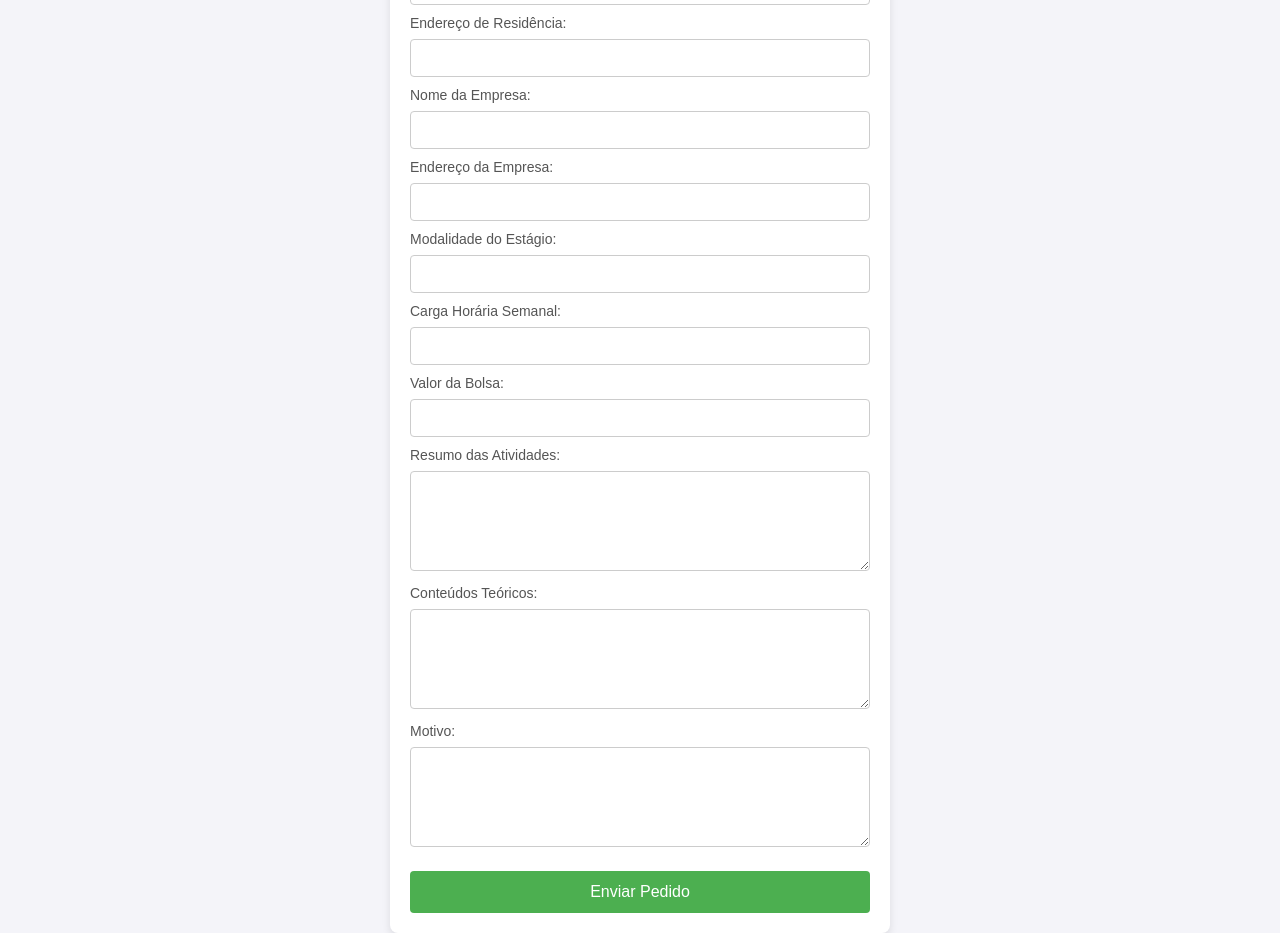
Repository: CronosUchoa/ArqSoft
Page: PedidoIntencaoNovoEstagioRTC-CS/src/main/webapp/index.html
An editor plug-in stored every save of this project. The page is shown before and after the next save, followed by the edit.
The browser window is 1280 px wide. The pictures show the whole page.

Above is the page before, as saved 2024-11-24 14:16:21.

After the next save:
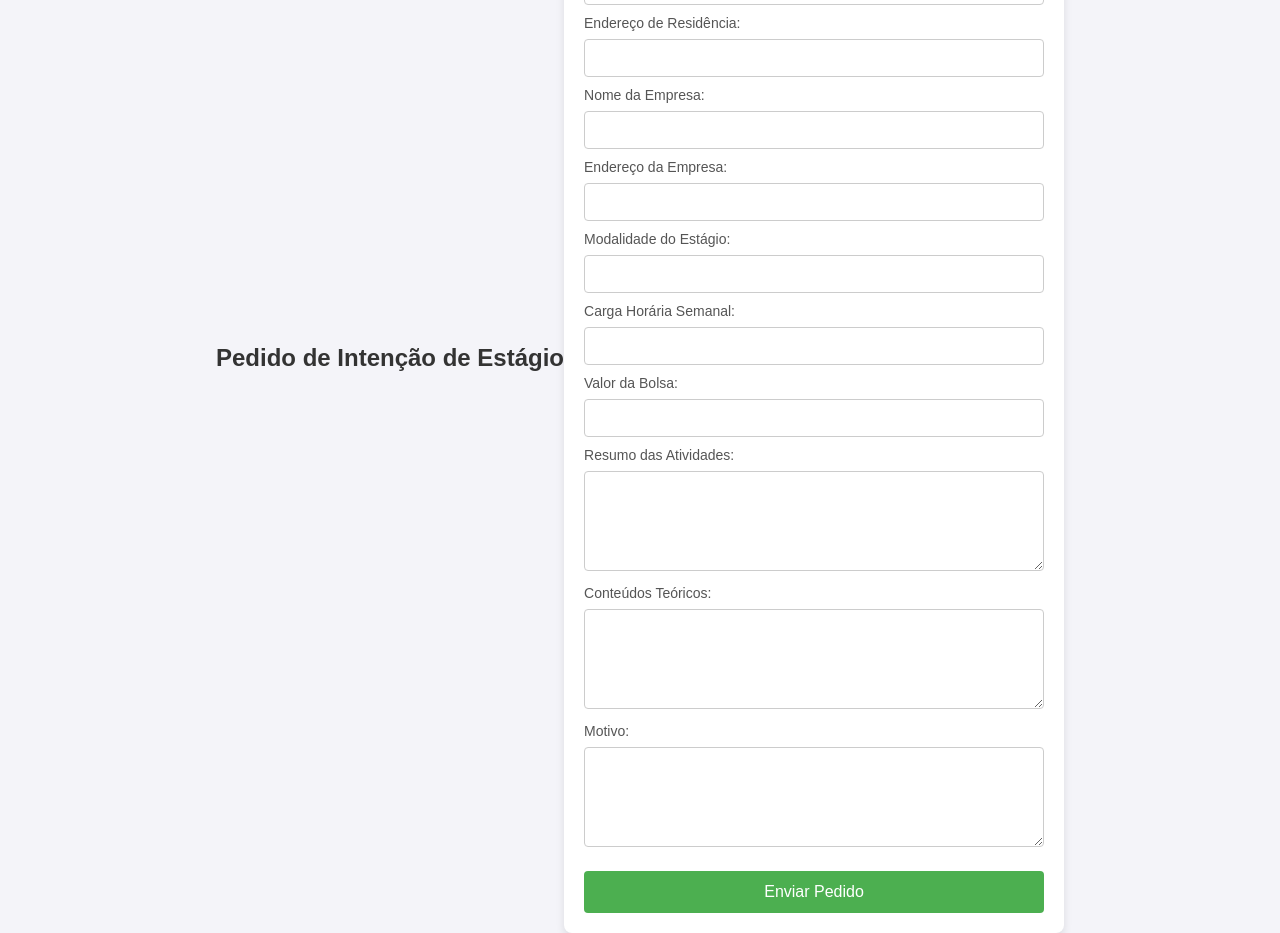
Saved 33 s later.
--- a/PedidoIntencaoNovoEstagioRTC-CS/src/main/webapp/index.html
+++ b/PedidoIntencaoNovoEstagioRTC-CS/src/main/webapp/index.html
@@ -63,6 +63,7 @@
     </style>
 </head>
 <body>
+   <h1>Pedido de Intenção de Estágio</h1>
     <form action="Controller" method="post">
         <h1>Pedido de Intenção de Estágio</h1>
         <input type="hidden" name="action" value="criarPedidoIntencao">
